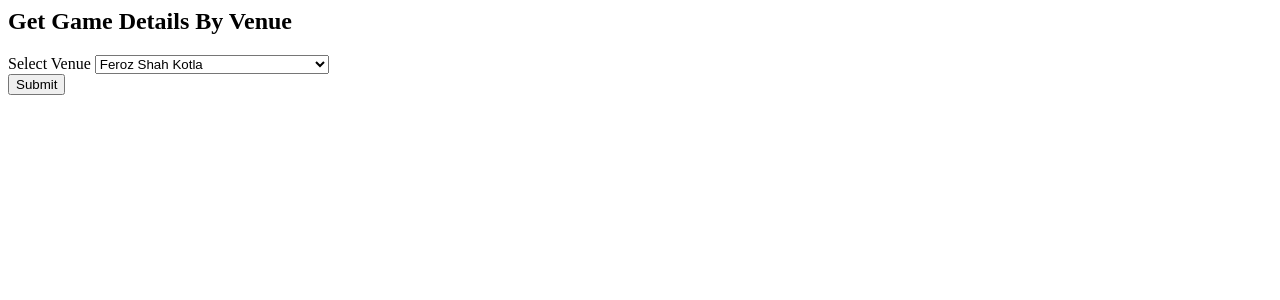
Repository: umng/Learn-to-Program
Page: http://localhost/Game_Details_By_Venue/
The author's editor kept a copy of each file at every save. The page is drawn from the files as they stood at one save, then again after a run of saves.
The browser window is 1280 px wide. The pictures show the whole page.
The page is served by Tomcat 9. Other server files are loaded and not shown.

Above is the page before, as saved 2017-03-01 10:38:47.

### Java/CTS_SFDC/workspace/Game Details By Venue/WebContent/index.jsp
<%@page import="java.util.List"%>
<%@page import="java.util.ArrayList"%>
<%
	List<String> venues = new ArrayList<>();
	venues.add("");
%>
<html>
	<body>
		<h2>Get Game Details By Venue</h2>
		<form method="get" action="DisplayServlet">
			Select Venue
			<select name="venue" id="venue">
			<% %>
				<option>Feroz Shah Kotla</option>
				<option>MA Chidambaram Stadium</option>
				<option>Punjab Cricket Association Stadium</option>
				<option>M.Chinnaswamy Stadium</option>
				<option>Rajiv Gandhi International Stadium</option>
			</select>
			<br>
			<input type="submit" id="detail"/>
		</form>
	</body>
</html>

After the next 2 saves:
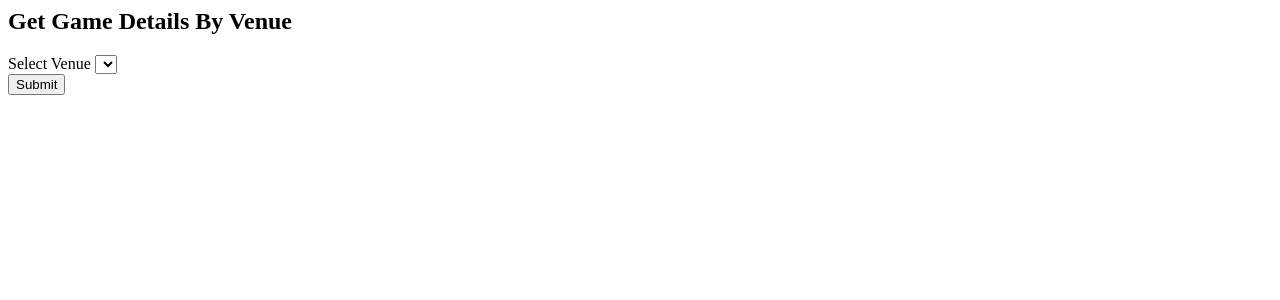
The 2 saves are shown as one change because they came seconds apart.
The last was saved 66 s later.
--- a/Java/CTS_SFDC/workspace/Game Details By Venue/WebContent/index.jsp
+++ b/Java/CTS_SFDC/workspace/Game Details By Venue/WebContent/index.jsp
@@ -2,7 +2,11 @@
 <%@page import="java.util.ArrayList"%>
 <%
 	List<String> venues = new ArrayList<>();
-	venues.add("");
+	venues.add("<option>Feroz Shah Kotla</option>");
+	venues.add("<option>MA Chidambaram Stadium</option>");
+	venues.add("<option>Punjab Cricket Association Stadium</option>");
+	venues.add("<option>M.Chinnaswamy Stadium</option>");
+	venues.add("<option>Rajiv Gandhi International Stadium</option>");
 %>
 <html>
 	<body>
@@ -11,11 +15,6 @@
 			Select Venue
 			<select name="venue" id="venue">
 			<% %>
-				<option>Feroz Shah Kotla</option>
-				<option>MA Chidambaram Stadium</option>
-				<option>Punjab Cricket Association Stadium</option>
-				<option>M.Chinnaswamy Stadium</option>
-				<option>Rajiv Gandhi International Stadium</option>
 			</select>
 			<br>
 			<input type="submit" id="detail"/>

After the save that followed:
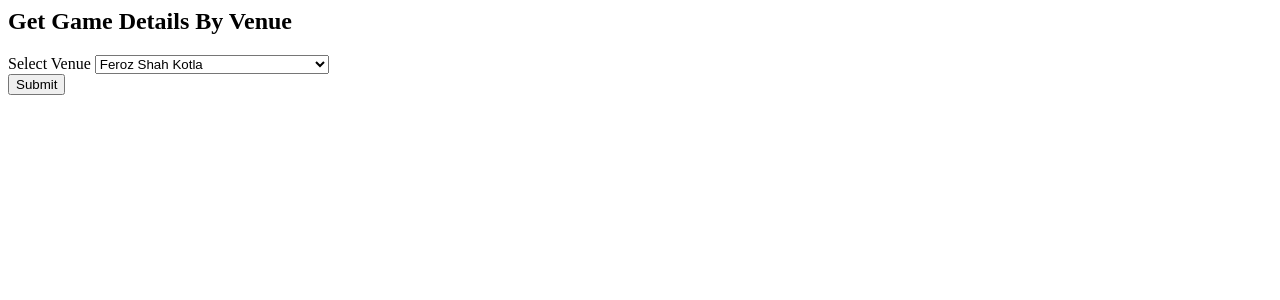
Saved 24 s later.
--- a/Java/CTS_SFDC/workspace/Game Details By Venue/WebContent/index.jsp
+++ b/Java/CTS_SFDC/workspace/Game Details By Venue/WebContent/index.jsp
@@ -14,7 +14,11 @@
 		<form method="get" action="DisplayServlet">
 			Select Venue
 			<select name="venue" id="venue">
-			<% %>
+			<%
+				for(String v: venues) {
+					out.print(v);
+				}
+			%>
 			</select>
 			<br>
 			<input type="submit" id="detail"/>
